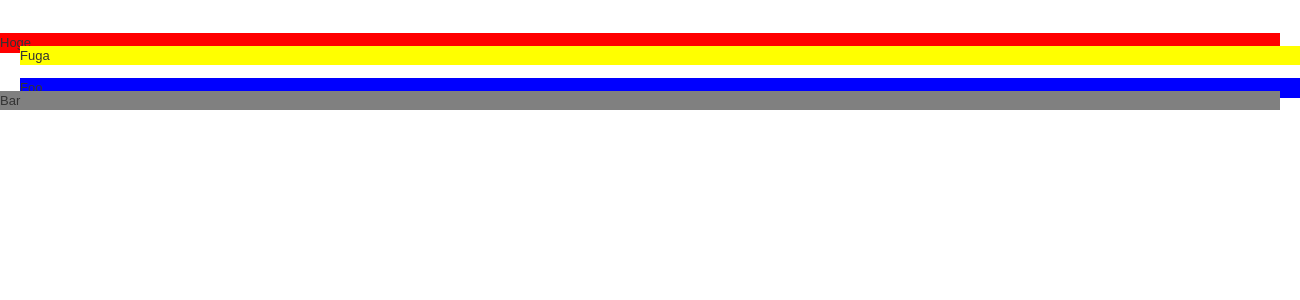
Repository: myojosamurai/Samurai_JS-
Page: HTML/6/home.html
The author's editor kept a record of every edit. The page is drawn from the files as they stood at one moment, then again after the next edit.
The browser window is 1280 px wide. The page is 1300 px wide, then 1280 px, then 1300 px, so the pictures cover 1300 px, including what lies to the right of the window. The pictures show the whole page.

Above is the page before.

### HTML/6/home.html
<!DOCTYPE html>
<html lang="ja">
  <head>
    <meta charset="UTF-8">
    <title>HTML/CSSの学習</title>
    <link rel="stylesheet" href="stylesheet.css">
  </head>
  <body>
    <div id="wrapper">
<!---        <p>Hoge</p>
-        <p>Fuga</p>
-        <p>Foo</p>
-        <p>Bar</p> -->
        <div id="layout">
            <p id="layout1">Hoge</p>
            <p id="layout2">Fuga</p>
            <p id="layout3">Foo</p>
            <p id="layout4">Bar</p>
        </div>
    </div>
  </body>
</html>

### HTML/6/stylesheet.css
@charset "utf-8";

body {
	margin: 0;
	padding: 0;
	font-family: "ヒラギノ角ゴ Pro W3", "Hiragino Kaku Gothic Pro", "メイリオ", Meiryo, Osaka, "ＭＳ Ｐゴシック", "MS PGothic", sans-serif;
	color: #333;
	font-size: 13px;
	line-height: 150%;
}

/* -------------------- wrapper -------------------- */
#wrapper {
	width: 100%;
	margin: auto;
	padding: 0px;
	border: 0px;
	background-color: #FFF;
}

 #layout {
     position: static;
 }
 #layout1 {
     position: relative;
     top: 20px;
     background-color: red;
 }
 #layout2 {
     position: relative;
     left: 20px;
     background-color: yellow;
 }
 #layout3 {
     position: relative;
     right: -20px;
     background-color: blue;
 }
 #layout4 {
     position: relative;
     bottom: 20px;
     background-color: gray;
 }

After the next edit:
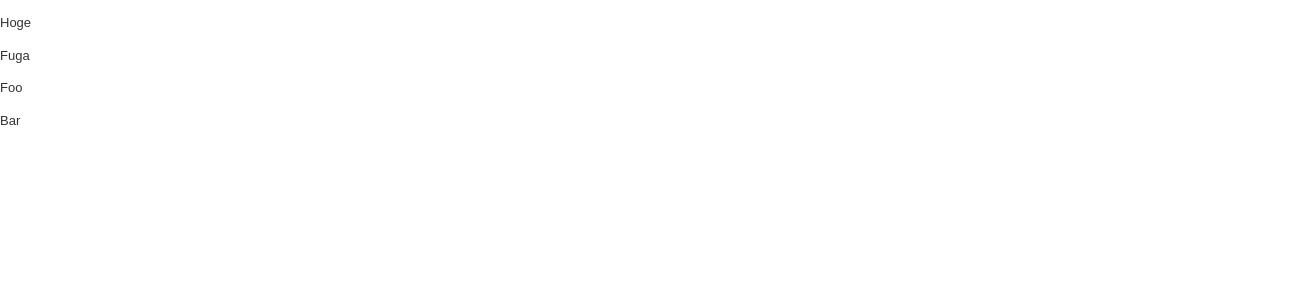
The edit:
--- a/HTML/6/stylesheet.css
+++ b/HTML/6/stylesheet.css
@@ -20,6 +20,10 @@
 
  #layout {
      position: static;
+  /*   position: relative;
+     top: 20px;
+     left: 20px;
+
  }
  #layout1 {
      position: relative;

After the edit that followed:
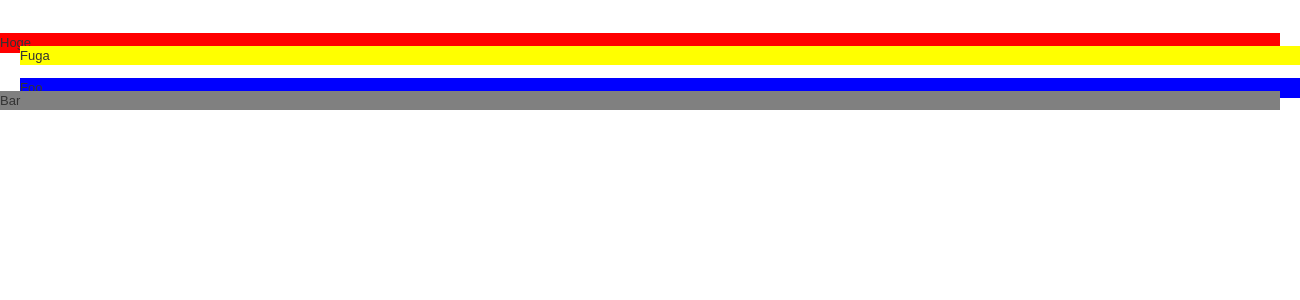
The edit:
--- a/HTML/6/stylesheet.css
+++ b/HTML/6/stylesheet.css
@@ -22,7 +22,7 @@
      position: static;
   /*   position: relative;
      top: 20px;
-     left: 20px;
+     left: 20px;*/
 
  }
  #layout1 {
